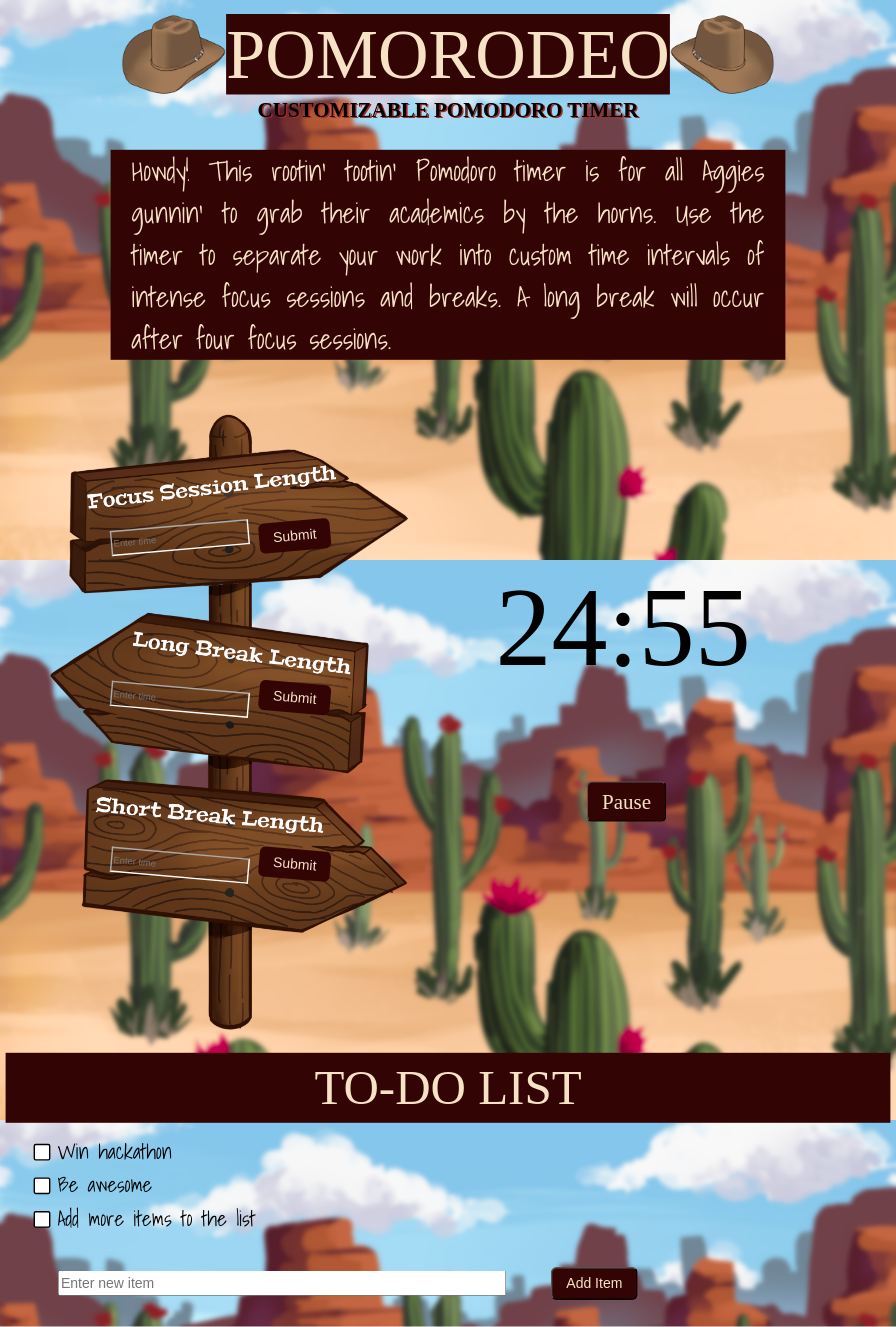
Repository: riya10483/pomodoro
Page: pomorodeo.html
An editor plug-in stored every save of this project. The page is shown before and after the next save, followed by the edit.
The browser window is 1280 px wide. The pictures show the whole page, at 70% of full size.
Backgrounds fixed to the window are drawn as part of the page. Some web fonts or font styles are not loaded; a fallback is used.

Above is the page before, as saved 2024-09-29 05:14:00.
Console error: SyntaxError: Identifier 'startTiming' has already been declared

After the next save:
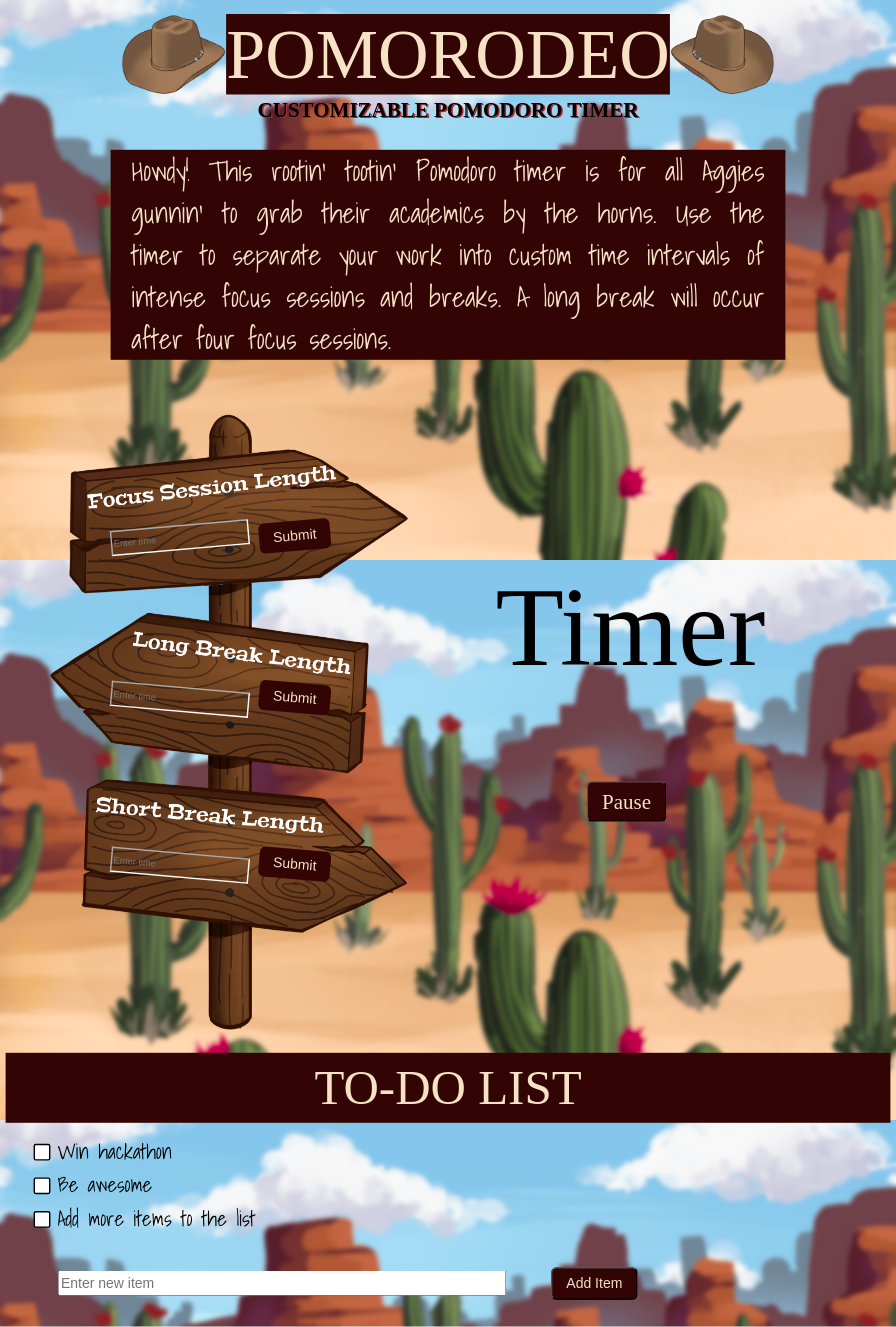
Console error: SyntaxError: Unexpected token '}'
Saved 4 s later.
--- a/functions.js
+++ b/functions.js
@@ -94,6 +94,6 @@
         updateTimer();
 
         // switch to short break once 0
-
+        if
     }
 }

After the 5 saves that followed:
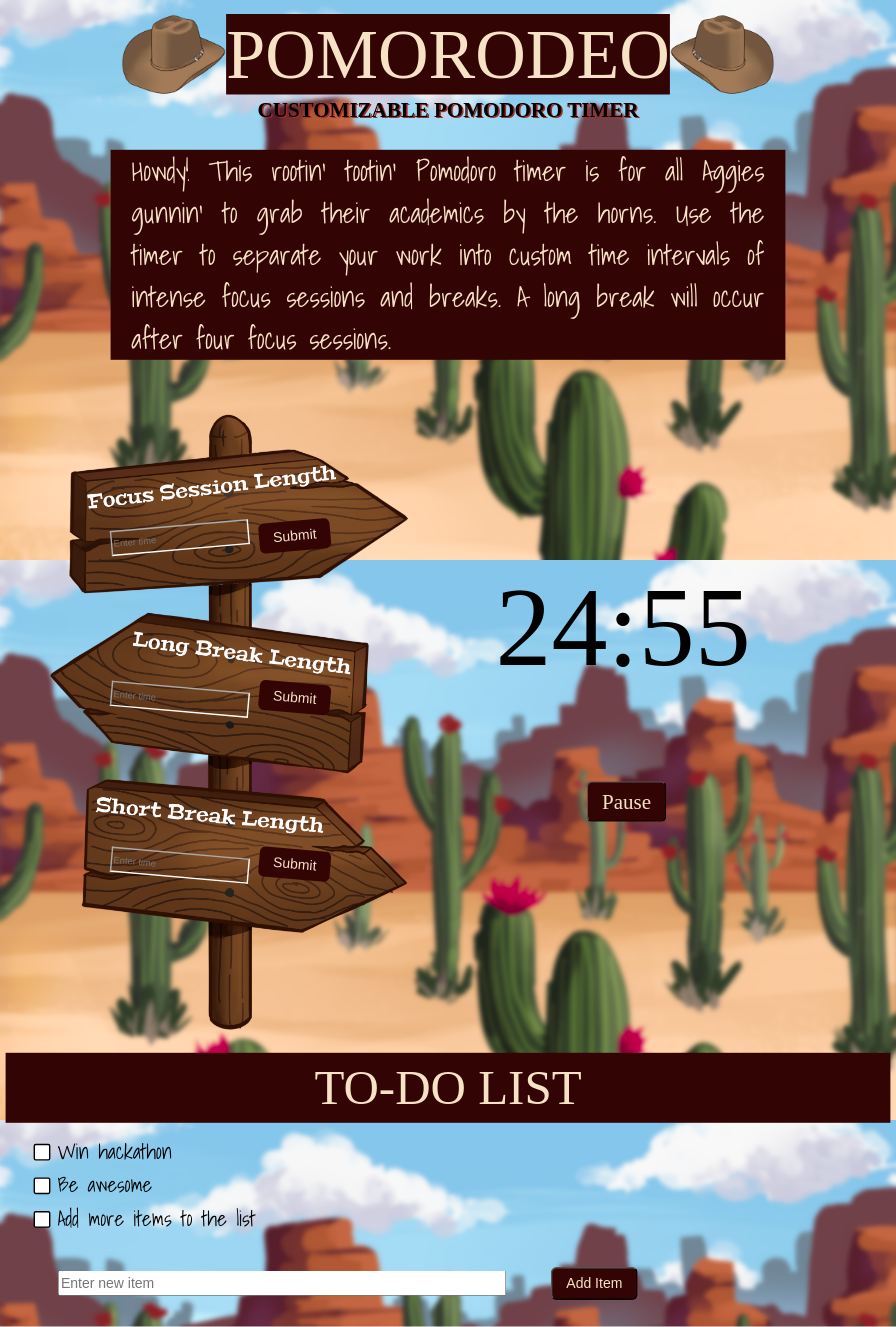
Console error: SyntaxError: Identifier 'startTiming' has already been declared
The 5 saves are shown as one change because 2 left the picture as it was and some came seconds apart.
The last was saved 28 s later.
--- a/functions.js
+++ b/functions.js
@@ -94,6 +94,8 @@
         updateTimer();
 
         // switch to short break once 0
-        if
+        if (time <= -1) {
+
+        }
     }
 }
